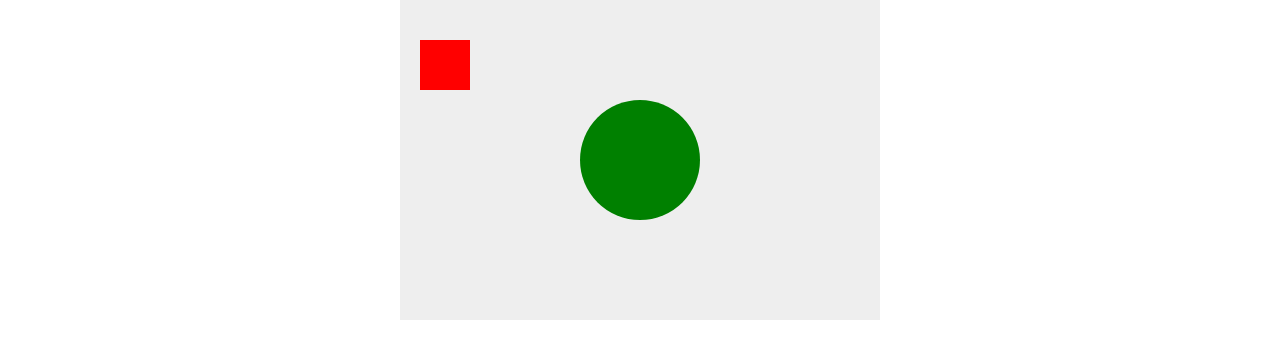
Repository: hara-PG/javascript_operation
Page: block_game/index.html
An editor plug-in stored every save of this project. The page is shown before and after the next save, followed by the edit.
The browser window is 1280 px wide. The pictures show the whole page.

Above is the page before, as saved 2022-06-21 15:44:27.

### block_game/index.html
<!DOCTYPE html>
<html lang="ja">
  <head>
    <meta charset="UTF-8" />
    <meta http-equiv="X-UA-Compatible" content="IE=edge" />
    <meta name="viewport" content="width=device-width, initial-scale=1.0" />
    <title>Game Canvas Workshop</title>
    <link rel="stylesheet" href="style.css" />
  </head>
  <body>
    <canvas id="myCanvas" width="480" height="320"></canvas>

    <script type="text/javascript" src="game.js"></script>
  </body>
</html>

### block_game/style.css
* {
  padding: 0;
  margin: 0;
}
canvas {
  background: #eee;
  display: block;
  margin: auto;
}

### block_game/game.js
var canvas = document.getElementById("myCanvas"); // DOMでidの要素を変数canvasに代入
var ctx = canvas.getContext("2d");

ctx.beginPath();
ctx.rect(20, 40, 50, 50);
ctx.fillStyle = "#FF0000";
ctx.fill();
ctx.closePath();

ctx.beginPath();
ctx.arc(240, 160, 60, 0, Math.PI * 2, false);
ctx.fillStyle = "green";
ctx.fill();
ctx.closePath();

After the next save:
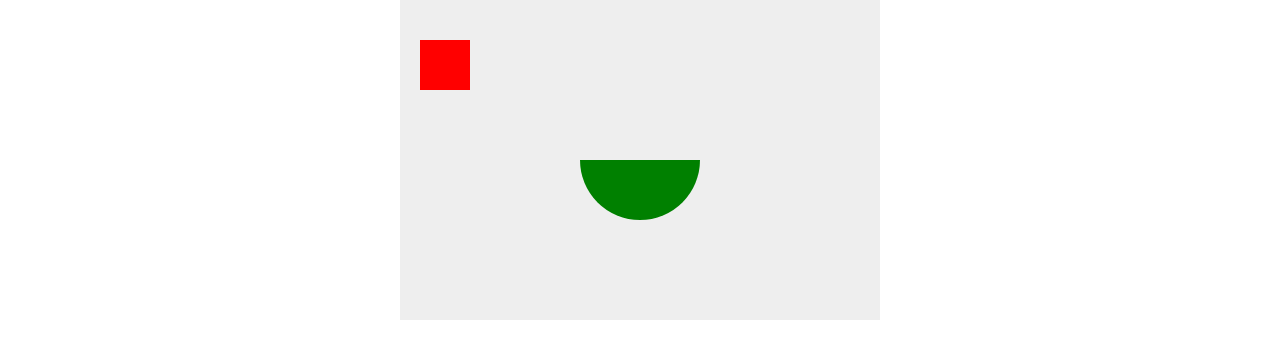
Saved 8 s later.
--- a/block_game/game.js
+++ b/block_game/game.js
@@ -8,7 +8,7 @@ ctx.fill();
 ctx.closePath();
 
 ctx.beginPath();
-ctx.arc(240, 160, 60, 0, Math.PI * 2, false);
+ctx.arc(240, 160, 60, 0, Math.PI, false);
 ctx.fillStyle = "green";
 ctx.fill();
 ctx.closePath();
